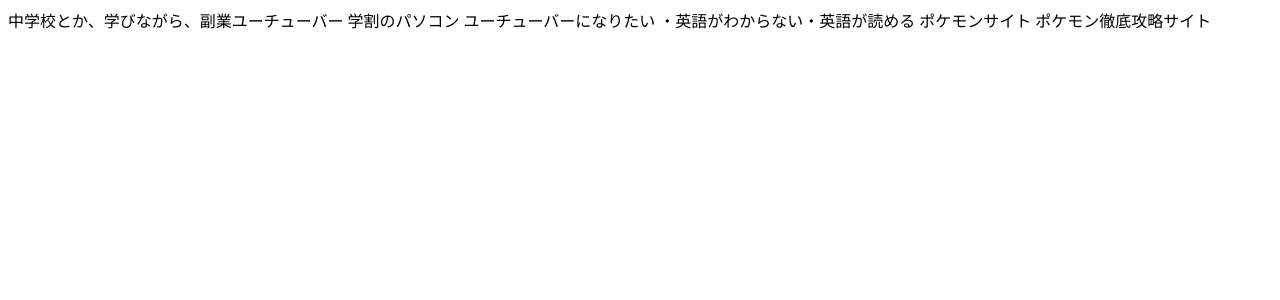
Repository: KustomApe/ksie
Page: test.html
An editor plug-in stored every save of this project. The page is shown before and after the next save, followed by the edit.
The browser window is 1280 px wide. The pictures show the whole page.

Above is the page before, as saved 2021-04-10 14:05:51.

### test.html
中学校とか、学びながら、副業ユーチューバー
学割のパソコン
ユーチューバーになりたい

・英語がわからない・英語が読める

ポケモンサイト
ポケモン徹底攻略サイト

After the next save:
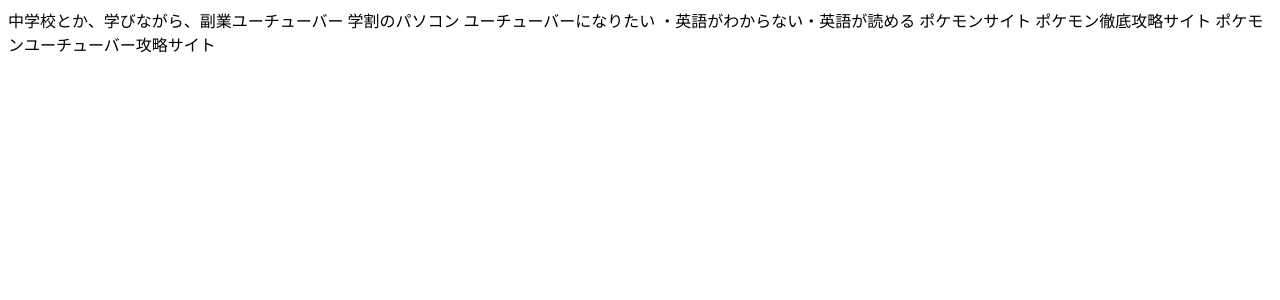
Saved 57 s later.
--- a/test.html
+++ b/test.html
@@ -6,3 +6,4 @@
 
 ポケモンサイト
 ポケモン徹底攻略サイト
+ポケモンユーチューバー攻略サイト
